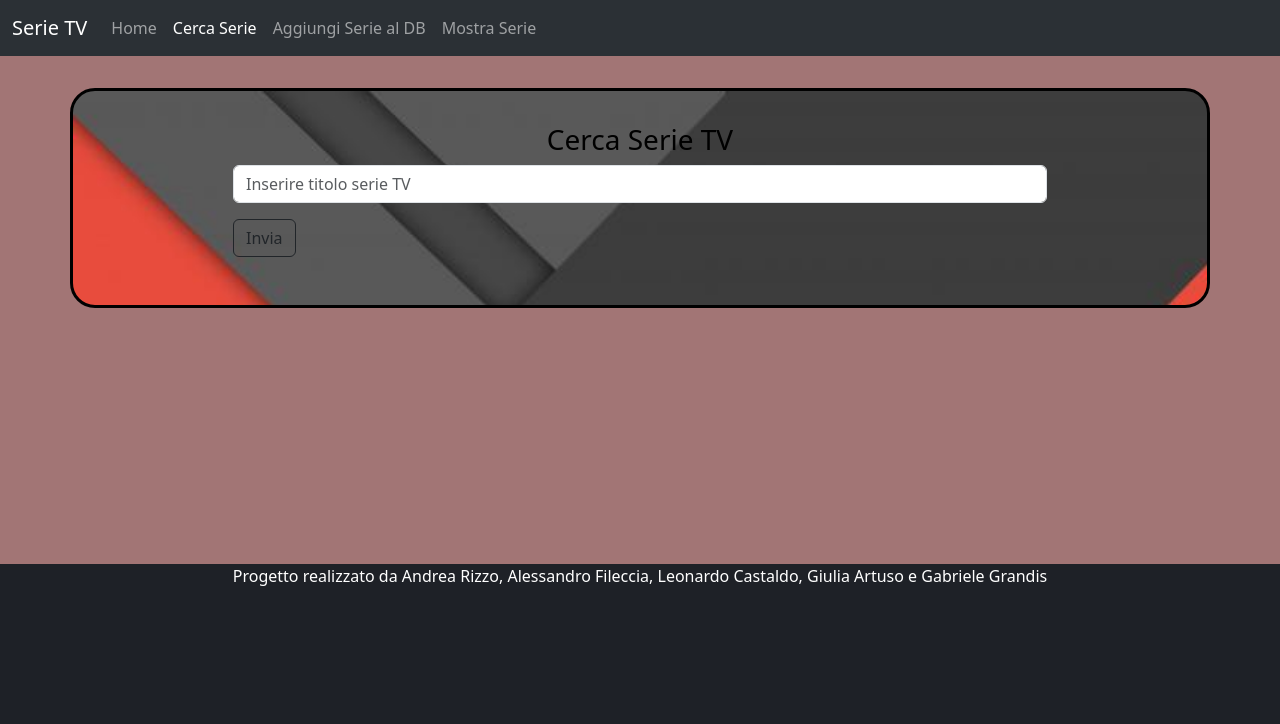
Repository: Adareen/spring
Page: ProgettoDiGruppo/src/main/resources/static/index.html
These files come from the project's save history. The page is drawn as it stood at one moment and after the next save; the edit follows.
The browser window is 1280 px wide. The pictures show the whole page.

Above is the page before, as saved 2024-03-07 09:11:37.

### ProgettoDiGruppo/src/main/resources/static/index.html
<!doctype html>
<html lang="it">
    <head>
        <title>Serie Tv</title>
        <!-- Required meta tags -->
        <meta charset="utf-8" />
        <meta name="viewport" content="width=device-width, initial-scale=1, shrink-to-fit=no"/>

        <!-- Bootstrap CSS v5.2.1 -->
        <link href="https://cdn.jsdelivr.net/npm/bootstrap@5.3.2/dist/css/bootstrap.min.css" rel="stylesheet" integrity="sha384-T3c6CoIi6uLrA9TneNEoa7RxnatzjcDSCmG1MXxSR1GAsXEV/Dwwykc2MPK8M2HN" crossorigin="anonymous">
        <link rel="stylesheet" href="./index/style.css">
    </head>

    <body>
        <header>

            <nav class="navbar navbar-expand-lg bg-body-tertiary" data-bs-theme="dark">
                <div class="container-fluid">
                <span class="navbar-brand mb-0 h1">Serie TV</span>
                  <button class="navbar-toggler" type="button" data-bs-toggle="collapse" data-bs-target="#navbarNav" aria-controls="navbarNav" aria-expanded="false" aria-label="Toggle navigation">
                    <span class="navbar-toggler-icon"></span>
                  </button>
                  <div class="collapse navbar-collapse" id="navbarNav">
                    <ul class="navbar-nav">

                        <li class="nav-item">
                        <a class="nav-link" aria-current="page" href="#">Home</a>
                      </li>

                      <li class="nav-item">
                        <a class="nav-link active" href="result.html">Cerca Serie </a>
                      </li>

                      <li class="nav-item">
                        <a class="nav-link" href="result.html">Aggiungi Serie al DB</a>
                      </li>
                      <li class="nav-item">
                        <a class="nav-link" href="result.html">Mostra Serie</a>
                      </li>

                    </ul>
                  </div>
                </div>
              </nav>
        </header>
        <main>
            <div class="container box justify-content-center">
                <form>
                    <h3 class="label">Cerca Serie TV</h3>

                    <input type="text" class="form-control"
                            name="cerca"
                            placeholder="Inserire titolo serie TV"
                            required/>

                    <button type="submit" id="btnCerca" class="btn btn-outline-dark d-flex justify-content-center">Invia</button>

                </form>
            </div>
        </main>

        <div class="footertext">Progetto realizzato da Andrea Rizzo, Alessandro Fileccia, Leonardo Castaldo, Giulia Artuso e Gabriele Grandis</div>






        <!-- Bootstrap JavaScript Libraries -->
        <script
            src="https://cdn.jsdelivr.net/npm/@popperjs/core@2.11.8/dist/umd/popper.min.js"
            integrity="sha384-I7E8VVD/ismYTF4hNIPjVp/Zjvgyol6VFvRkX/vR+Vc4jQkC+hVqc2pM8ODewa9r"
            crossorigin="anonymous"
        ></script>

        <script
            src="https://cdn.jsdelivr.net/npm/bootstrap@5.3.2/dist/js/bootstrap.min.js"
            integrity="sha384-BBtl+eGJRgqQAUMxJ7pMwbEyER4l1g+O15P+16Ep7Q9Q+zqX6gSbd85u4mG4QzX+"
            crossorigin="anonymous"
        ></script>
    </body>
</html>

### ProgettoDiGruppo/src/main/resources/static/index/style.css
.label {
  text-align: center;
}

.box {
  /* background-color: rgba(210, 71, 58, 0.9); */
  /* color: black; */
  width: auto;
  height: fit-content;
  font-size: 75%;
  padding: 2rem;
  padding-left: 10rem;
  padding-right: 10rem;
  border-radius: 25px;
  margin-top: 2rem;
  margin-bottom: 2rem;
  padding-bottom: 3rem;

border: solid black 3px;
  background-image: url(./img/sfondo.jpeg);
  background-size: cover;
}
.footertext {
  /* width: 300px; */
  margin-top: 20%;
  height: 10rem;

  background-color: #1e2127;
  color: #ffffff;
  text-align: center;
}
body {
  /* background-image: url(./img/sfondo.jpeg); */
  /* background-size: cover; */

  background-color: rgba(152, 102, 102, 0.9);
  color: black;
}

#btnCerca {
  margin-top: 1rem;
}

After the next save:
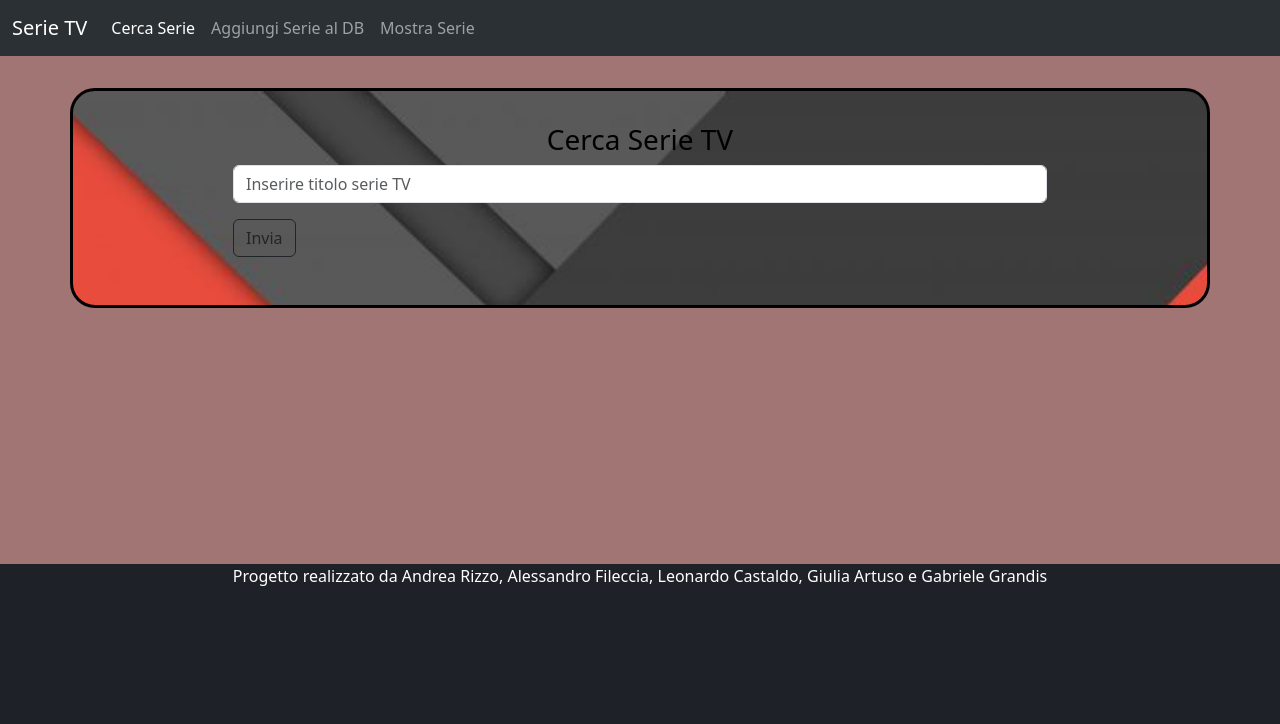
Saved 47 s later.
--- a/ProgettoDiGruppo/src/main/resources/static/index.html
+++ b/ProgettoDiGruppo/src/main/resources/static/index.html
@@ -23,12 +23,10 @@
                   <div class="collapse navbar-collapse" id="navbarNav">
                     <ul class="navbar-nav">
 
-                        <li class="nav-item">
-                        <a class="nav-link" aria-current="page" href="#">Home</a>
-                      </li>
+
 
                       <li class="nav-item">
-                        <a class="nav-link active" href="result.html">Cerca Serie </a>
+                        <a class="nav-link active" aria-current="page" href="result.html">Cerca Serie </a>
                       </li>
 
                       <li class="nav-item">
